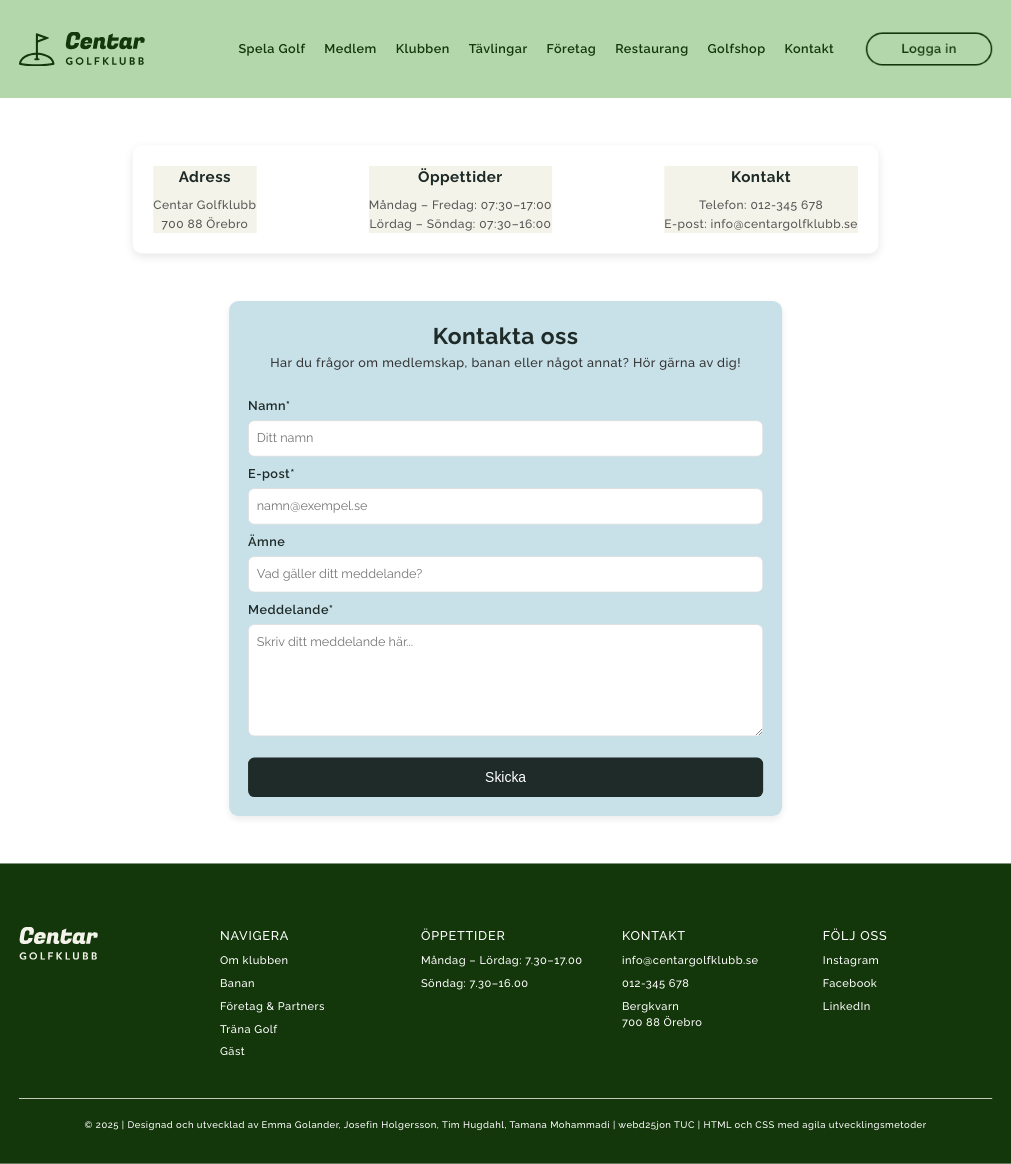
Repository: Tamana831/GolfklubbCentar
Page: kontakt.html
The author's editor kept a copy of each file at every save. The page is drawn from the files as they stood at one save, then again after the next save.
The browser window is 1280 px wide. The pictures show the whole page, at 79% of full size.

Above is the page before, as saved 2025-10-21 20:32:42.

After the next save:
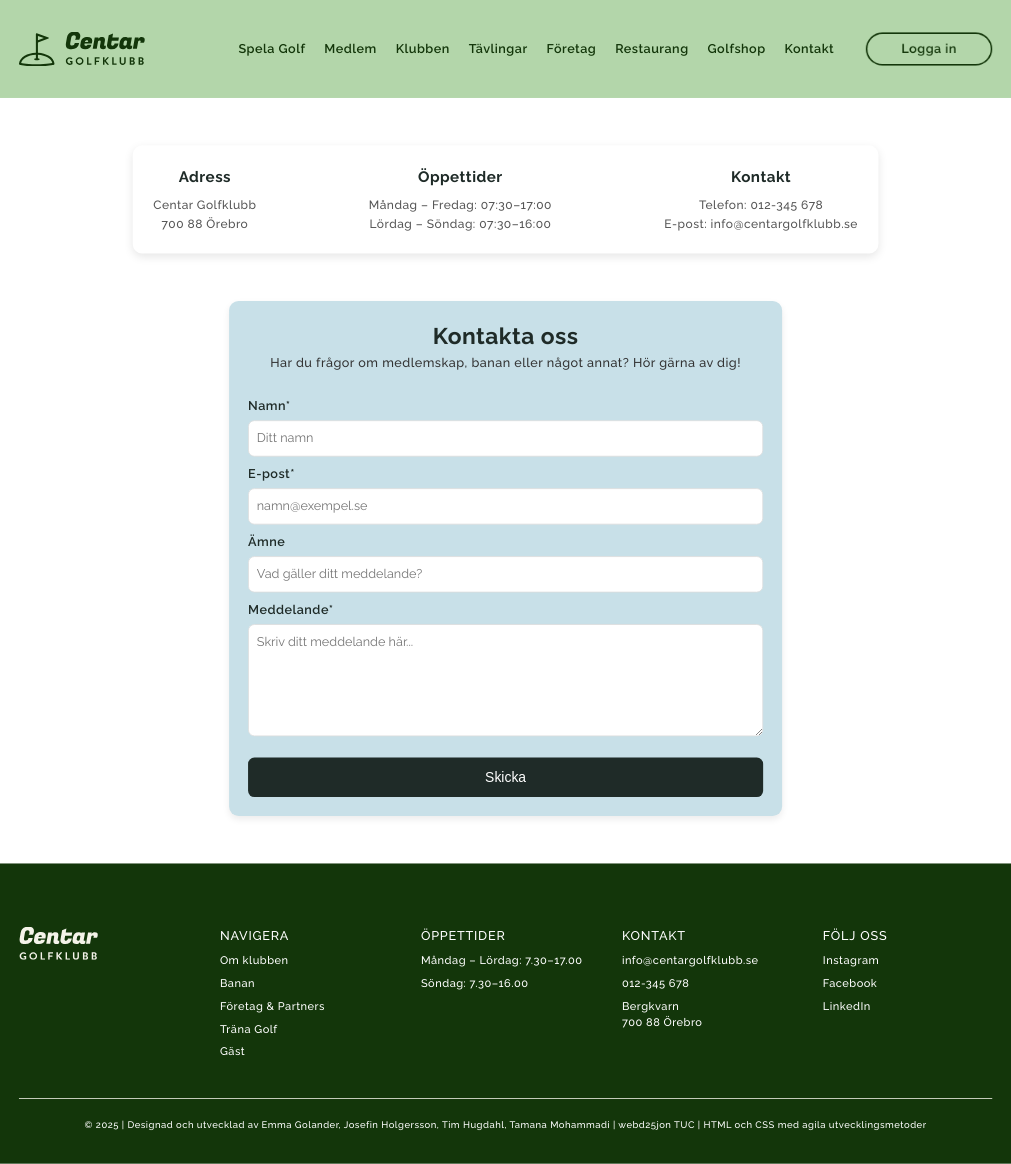
Saved 36 s later.
--- a/styles/kontakt.css
+++ b/styles/kontakt.css
@@ -16,7 +16,7 @@
 
 .contact-card {
   text-align: center;
-  background: #F4F3E9; /* färg för varje liten box */
+  background: #fff; /* färg för varje liten box */
 }
 
 .contact-card:hover {
